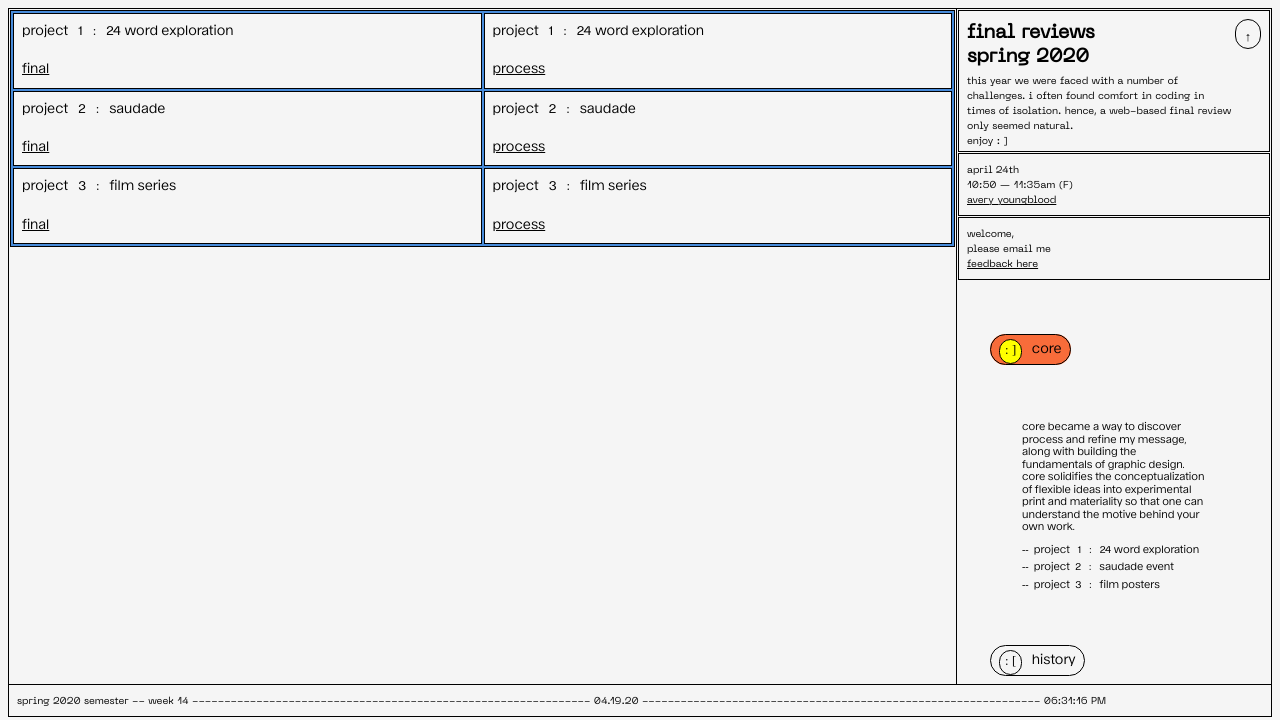
Repository: ayoungblood2/Spring-Semester-2020
Page: index v2/classes/history.html
The author's editor kept a copy of each file at every save. The page is drawn from the files as they stood at one save, then again after the next save.
The browser window is 1280 px wide. The pictures show the whole page.
Some web libraries are served in a nearby version.

Above is the page before, as saved 2020-04-19 21:05:49.

### index v2/classes/history.html
<html lang="en">

    <head>

        <meta charset="UTF-8">
        <meta name="viewport" content="width=device-width, initial-scale=1.0">
        <meta http-equiv="X-UA-Compatible" content="ie=edge">
        <link rel="stylesheet" href="/index v2/assets/css/main.css">

        <link rel="apple-touch-icon" sizes="180x180" href="/index v2/assets/icon/favicon_io/apple-touch-icon.png">
        <link rel="icon" type="image/png" sizes="32x32" href="/index v2/assets/icon/favicon_io/favicon-32x32.png">
        <link rel="icon" type="image/png" sizes="16x16" href="/index v2/assets/icon/favicon_io/favicon-16x16.png">

        <!-- <META HTTP-EQUIV="refresh" CONTENT="5; URL=http://127.0.0.1:5500/index%20v2/index2.html"> -->


        <title> : ] [ :</title>


    </head>

    <body class="none">


        <div id="coords" data-html2canvas-ignore="true" style="color: black; top: 747px; left: 58px;">click(48,737)
        </div>


        <main class="Main">

            <!-- <header class="PageHeader PageHeader--home">

                <section class="PageHeader-classInfo">
                    april 24th
                    <br>10:50 — 11:35am (F)
                    <br><a href="https://www.art.yale.edu/AveryYoungblood" target="_blank"
                        class="PageHeader--link">avery
                        youngblood</a>
                </section>
            </header>

            <header class="PageHeader PageHeader--home">
                <section class="PageHeader-classInfo">
                    welcome,
                    <br> please email me
                    <br><a href="avery.youngblood@yale.edu" class="PageHeader--link">feedback here</a>
                </section>
            </header> -->




            <header class="grid-container">
                <a href="/index v2/classes/core-prct1-1.html" class="PageHeader--link--2">
                    <section class="grid-item">
                        project&nbsp;&nbsp;&nbsp;1&nbsp;&nbsp;&nbsp;:&nbsp;&nbsp;&nbsp;24 word
                        exploration
                        <br>&nbsp;
                        <br><span style="text-decoration: underline;">final</span>
                    </section>
                </a>

                <a href="/index v2/classes/core-prct1-2.html" class="PageHeader--link--2">
                    <section class="grid-item">
                        project&nbsp;&nbsp;&nbsp;1&nbsp;&nbsp;&nbsp;:&nbsp;&nbsp;&nbsp;24 word
                        exploration
                        <br>&nbsp;
                        <br><span style="text-decoration: underline;">process</span>
                    </section>
                </a>

                <a href="/index v2/classes/core-prct2-1.html" class="PageHeader--link--2">
                    <section class="grid-item">
                        project&nbsp;&nbsp;&nbsp;2&nbsp;&nbsp;&nbsp;:&nbsp;&nbsp;&nbsp;saudade
                        <br>&nbsp;
                        <br><span style="text-decoration: underline;">final</span>
                    </section>
                </a>

                <a href="/index v2/classes/core-prct2-2.html" class="PageHeader--link--2">
                    <section class="grid-item">
                        project&nbsp;&nbsp;&nbsp;2&nbsp;&nbsp;&nbsp;:&nbsp;&nbsp;&nbsp;saudade
                        <br>&nbsp;
                        <br><span style="text-decoration: underline;">process</span>
                    </section>
                </a>

                <a href="/index v2/classes/core-prct3-1.html" class="PageHeader--link--2">
                    <section class="grid-item">
                        project&nbsp;&nbsp;&nbsp;3&nbsp;&nbsp;&nbsp;:&nbsp;&nbsp;&nbsp;film series
                        <br>&nbsp;
                        <br><span style="text-decoration: underline;">final</span>
                    </section>
                </a>

                <a href="/index v2/classes/core-prct3-2.html" class="PageHeader--link--2">
                    <section class="grid-item">
                        project&nbsp;&nbsp;&nbsp;3&nbsp;&nbsp;&nbsp;:&nbsp;&nbsp;&nbsp;film series
                        <br>&nbsp;
                        <br><span style="text-decoration: underline;">process</span>
                    </section>
                </a>

            </header>

        </main>





        <header class="Header">

            <a href="/index v2/index2.html" class="Header-link">
                <div class="wrapper">

                    <span class="Header-title">
                        <h2>
                            <span class="Header-span">final reviews</span>
                            <span class="Header-span">spring 2020</span></h2>
                        <br>
                        <div class="content">
                            <p> this year we were faced with a number of challenges.
                                i often found comfort in coding in times of isolation.
                                hence, a web-based final review only seemed natural. </p>
                            <p> enjoy : ] </p>

                    </span>
                    </span>

                </div>

                </div>
                <button onClick="window.location.href=window.location.href" class="Header-arrow">
                    ↑
                </button>

            </a>

            <header class="PageHeader PageHeader--home">

                <section class="PageHeader-classInfo">
                    april 24th
                    <br>10:50 — 11:35am (F)
                    <br><a href="https://www.art.yale.edu/AveryYoungblood" target="_blank" class="PageHeader--link">avery
                        youngblood</a>
                </section>
            </header>

            <header class="PageHeader PageHeader--home">
                <section class="PageHeader-classInfo">
                    welcome,
                    <br> please email me
                    <br><a href="mailto:avery.youngblood@yale.edu" class="PageHeader--link">feedback here</a>
                </section>
            </header>

            <nav class="Nav is-home">

                <ul class="Nav-list">

                    <li class="Nav-item ">
                        <span>
                            <a href="/index v2/index2.html" class="Nav-link-2" href="#" data-target="core">
                                core
                            </a>
                        </span>
                        <img src="/index v2/classes/core/project1/Avery_Slang_BW.png"
                            style="width:150%;transform:rotate(20deg);" class="page-header" />

                    </li>

                    <li class="more">
                        core became a way to discover process and refine my message, along with building the
                        fundamentals of graphic design.
                        core solidifies the conceptualization of flexible ideas into experimental print and
                        materiality so that one can understand the motive behind your own work.
                        <br><br><br>
                        <p>--&nbsp;&nbsp;project&nbsp;&nbsp;&nbsp;1&nbsp;&nbsp;&nbsp;:&nbsp;&nbsp;&nbsp;24 word
                            exploration</p>
                        <br>
                        <p>--&nbsp;&nbsp;project&nbsp;&nbsp;2&nbsp;&nbsp;&nbsp;:&nbsp;&nbsp;&nbsp;saudade event</p>
                        <br>
                        <p>--&nbsp;&nbsp;project&nbsp;&nbsp;3&nbsp;&nbsp;&nbsp;:&nbsp;&nbsp;&nbsp;film posters</p>
                    </li>





                    <li class="Nav-item ">
                        <span>
                            <a href="open projects on left-hand side and make smile icon big"
                                class="Nav-link view-more view-less" href="#" data-target="history">
                                history
                            </a>
                        </span>
                        <img src="/index v2/classes/history/other images/event_default_31_1.jpg"
                            style="width:60%;transform:rotate(-50deg);margin:50px;" />
                        <ul id="history" class="viewing-less">

                            <li class="more">
                                this semester history provided me with context for design. instead of conceptualizing
                                from
                                personal ideation,
                                my process became reversed in history of graphic design. i found myself working from
                                historical references first,
                                then contextualizing into my own design language.
                                <br><br><br>
                                <p>--&nbsp;&nbsp;project&nbsp;&nbsp;&nbsp;1&nbsp;&nbsp;&nbsp;:&nbsp;&nbsp;&nbsp;sf
                                    psychedelic rock posters</p>
                                <br>
                                <p>--&nbsp;&nbsp;project&nbsp;&nbsp;2&nbsp;&nbsp;&nbsp;:&nbsp;&nbsp;&nbsp;designer
                                    accordion
                                </p>
                                <br>
                                <p>--&nbsp;&nbsp;project&nbsp;&nbsp;3&nbsp;&nbsp;&nbsp;:&nbsp;&nbsp;&nbsp;reading</p>
                                <br>
                                <p>--&nbsp;&nbsp;project&nbsp;&nbsp;4&nbsp;&nbsp;&nbsp;:&nbsp;&nbsp;&nbsp;research &
                                    resources</p>
                            </li>
                        </ul>
                    </li>


                    <li class="Nav-item ">
                        <span>
                            <a href="open projects on left-hand side and make smile icon big"
                                class="Nav-link view-more view-less" href="#" data-target="interact">
                                interactive
                            </a>
                        </span>
                        <img src="/index v2/classes/interactive/web-as-site.png"
                            style="width:70%;transform:rotate(2deg);margin-top:300px;margin-left:300px;" />
                        <ul id="interact" class="viewing-less">

                            <li class="more">
                                we covered a lot in interactive this semester.
                                i've been actively learning HTML, CSS, and JavaScript, and experimenting ways to
                                introduce
                                these methods into my everyday studio practice.
                                the readings we had about the internet and the relationship to
                                embodied experience were eye-opening discussions.
                                everything of what i thought web-design "should-be" vanished. all expectations and
                                rules,
                                gone.
                                i learned there is a space for art in the web-space.
                                i appreciate the freedom of expression and encouragement of creativity from
                                conceptually-driven prompts in this class.
                                i want to incorporate this new perspective of organizing and translating design/process
                                into
                                an interactive space.
                                <br><br><br>
                                <p>--&nbsp;&nbsp;project&nbsp;&nbsp;&nbsp;1&nbsp;&nbsp;&nbsp;:&nbsp;&nbsp;&nbsp;list</p>
                                <br>
                                <p>--&nbsp;&nbsp;project&nbsp;&nbsp;2&nbsp;&nbsp;&nbsp;:&nbsp;&nbsp;&nbsp;clock</p>
                                <br>
                                <p>--&nbsp;&nbsp;project&nbsp;&nbsp;3&nbsp;&nbsp;&nbsp;:&nbsp;&nbsp;&nbsp;reading &
                                    resources</p>
                            </li>
                        </ul>
                    </li>


                    <li class="Nav-item ">
                        <span>
                            <a href="open projects on left-hand side and make smile icon big"
                                class="Nav-link view-more view-less" href="#" data-target="print">
                                printmaking
                            </a>
                        </span>
                        <img src="/index v2/classes/printmaking/reference pics/Screen Shot 2020-04-16 at 5.17.14 AM.png"
                            style="width:50%;transform:rotate(20deg);margin-top:200px;margin-left:10px;" />
                        <ul id="print" class="viewing-less">

                            <li class="more">
                                printmaking considers ways in which multiplicity, circulation, and archives have
                                functioned
                                within contemporary print based artworks.
                                We had visits to on-campus collections, collaborative studio work, and in class
                                discussions
                                of pertinent texts aim to place the
                                making of printed media within an expansive field of art practices.
                                Although, the second part of the semester was to focus on
                                how these concepts, materials, and forms connect to our own individual studio practices
                                through projects and printshop demonstrations focusing on the stencil and the book (we
                                still
                                had discussions of what we'd like to pursue in the future).
                                <br><br><br>
                                <p>--&nbsp;&nbsp;project&nbsp;&nbsp;&nbsp;1&nbsp;&nbsp;&nbsp;:&nbsp;&nbsp;&nbsp;reading
                                </p>
                                <br>
                                <p>--&nbsp;&nbsp;project&nbsp;&nbsp;2&nbsp;&nbsp;&nbsp;:&nbsp;&nbsp;&nbsp;research &
                                    resources</p>
                                <br>
                                <p>--&nbsp;&nbsp;project&nbsp;&nbsp;3&nbsp;&nbsp;&nbsp;:&nbsp;&nbsp;&nbsp;chapel street
                                    pole
                                </p>
                                <br>
                                <p>--&nbsp;&nbsp;project&nbsp;&nbsp;4&nbsp;&nbsp;&nbsp;:&nbsp;&nbsp;&nbsp;commissioned
                                    publication</p>
                            </li>
                        </ul>
                    </li>


                    <li class="Nav-item ">
                        <span>
                            <a href="open projects on left-hand side and make smile icon big"
                                class="Nav-link view-more view-less" href="#" data-target="ind">
                                independent
                            </a>
                        </span>
                        <img src="/index v2/classes/independent/we-need-to-talk/Screen Shot 2020-04-18 at 4.32.22 AM.png"
                            style="width:80%;transform:rotate(-63deg);margin:20px;" />
                        <ul id="ind" class="viewing-less">

                            <li class="more">
                                collaboration on all fronts. alvin (prelim GD) and amina (1st yr sculpture) became my
                                close
                                allies this semester.
                                our personal interests led the way in cultivating close-relationships,
                                along with intriguing long-term projects that i'm excited to continue and develop over
                                the
                                years.
                                <br>
                                the second half of the semester my attention and time became devoted to the covid-19
                                cause -
                                writing
                                and meeting and organizing 24/7 to work towards active nationwide solutions for the
                                future
                                of education.
                                <br><br><br>
                                <p>--&nbsp;&nbsp;project&nbsp;&nbsp;&nbsp;1&nbsp;&nbsp;&nbsp;:&nbsp;&nbsp;&nbsp;we-need-to-talk
                                </p>
                                <br>
                                <p>--&nbsp;&nbsp;project&nbsp;&nbsp;2&nbsp;&nbsp;&nbsp;:&nbsp;&nbsp;&nbsp;sonic rupture
                                </p>
                                <br>
                                <p>--&nbsp;&nbsp;project&nbsp;&nbsp;3&nbsp;&nbsp;&nbsp;:&nbsp;&nbsp;&nbsp;log & letters
                                </p>
                            </li>
                        </ul>
                    </li>
            </nav>

        </header>

        <span class="TimeStamp">spring semester week 01 04.15.20 05:07:06 PM</span>

        <script src="//ajax.googleapis.com/ajax/libs/jquery/1.7.1/jquery.min.js" type="text/javascript"></script>
        <script src="https://cdnjs.cloudflare.com/ajax/libs/moment.js/2.20.1/moment.min.js"></script>
        <script src="/index v2/assets/js/main.js"></script>
        <script src="/index v2/assets/js/scripts.js"></script>
        <script src="/index v2/assets/js/html2canvas.js"></script>




    </body>


</html>

<!-- yale school of art --
graphic design --
preliminary year --
final reviews --
spring 2020 -->

Loaded but not shown: index v2/assets/js/html2canvas.js (library); index v2/assets/js/scripts.js (193 lines, source omitted); index v2/assets/js/main.js (113 lines, source omitted); index v2/assets/css/main.css (1061 lines, source omitted)

After the next save:
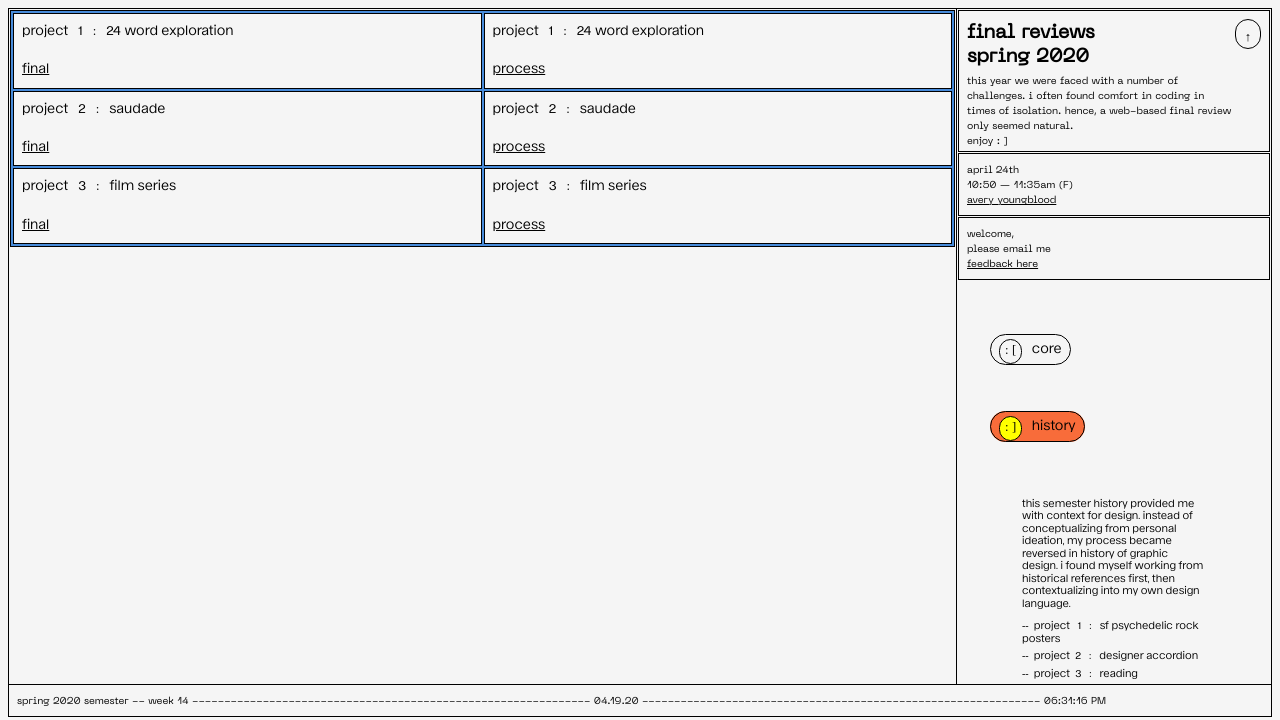
Saved 4 min 44 s later.
--- a/index v2/classes/history.html
+++ b/index v2/classes/history.html
@@ -151,7 +151,7 @@
                 <section class="PageHeader-classInfo">
                     welcome,
                     <br> please email me
-                    <br><a href="mailto:avery.youngblood@yale.edu" class="PageHeader--link">feedback here</a>
+                    <br><a href="mailto:avery.youngblood@yale.edu" target="_blank" class="PageHeader--link">feedback here</a>
                 </section>
             </header>
 
@@ -161,43 +161,44 @@
 
                     <li class="Nav-item ">
                         <span>
-                            <a href="/index v2/index2.html" class="Nav-link-2" href="#" data-target="core">
+                            <a href="/index v2/classes/core.html"
+                                class="Nav-link view-more view-less" href="#" data-target="core">
                                 core
                             </a>
-                        </span>
+                      </span>
                         <img src="/index v2/classes/core/project1/Avery_Slang_BW.png"
                             style="width:150%;transform:rotate(20deg);" class="page-header" />
 
+                        <ul id="core" class="viewing-less">
+
+                            <li class="more">
+                                core became a way to discover process and refine my message, along with building the
+                                fundamentals of graphic design.
+                                core solidifies the conceptualization of flexible ideas into experimental print and
+                                materiality so that one can understand the motive behind work.
+                                <br><br><br>
+                                <p>--&nbsp;&nbsp;project&nbsp;&nbsp;&nbsp;1&nbsp;&nbsp;&nbsp;:&nbsp;&nbsp;&nbsp;24 word
+                                    exploration</p>
+                                <br>
+                                <p>--&nbsp;&nbsp;project&nbsp;&nbsp;2&nbsp;&nbsp;&nbsp;:&nbsp;&nbsp;&nbsp;saudade event</p>
+                                <br>
+                                <p>--&nbsp;&nbsp;project&nbsp;&nbsp;3&nbsp;&nbsp;&nbsp;:&nbsp;&nbsp;&nbsp;film posters</p>
+                            </li>
+                        </ul>
+
                     </li>
 
-                    <li class="more">
-                        core became a way to discover process and refine my message, along with building the
-                        fundamentals of graphic design.
-                        core solidifies the conceptualization of flexible ideas into experimental print and
-                        materiality so that one can understand the motive behind your own work.
-                        <br><br><br>
-                        <p>--&nbsp;&nbsp;project&nbsp;&nbsp;&nbsp;1&nbsp;&nbsp;&nbsp;:&nbsp;&nbsp;&nbsp;24 word
-                            exploration</p>
-                        <br>
-                        <p>--&nbsp;&nbsp;project&nbsp;&nbsp;2&nbsp;&nbsp;&nbsp;:&nbsp;&nbsp;&nbsp;saudade event</p>
-                        <br>
-                        <p>--&nbsp;&nbsp;project&nbsp;&nbsp;3&nbsp;&nbsp;&nbsp;:&nbsp;&nbsp;&nbsp;film posters</p>
-                    </li>
-
-
-
-
-
-                    <li class="Nav-item ">
-                        <span>
-                            <a href="open projects on left-hand side and make smile icon big"
-                                class="Nav-link view-more view-less" href="#" data-target="history">
+
+                    <li class="Nav-item ">
+                        <span>
+                            <a href="/index v2/index2.html" class="Nav-link-2" href="#" data-target="history">
                                 history
                             </a>
+                            </a>
                         </span>
-                        <img src="/index v2/classes/history/other images/event_default_31_1.jpg"
-                            style="width:60%;transform:rotate(-50deg);margin:50px;" />
-                        <ul id="history" class="viewing-less">
+
+                    <img src="/index v2/classes/history/other images/event_default_31_1.jpg"
+                        style="width:150%;transform:rotate(20deg);" class="page-header" />
 
                             <li class="more">
                                 this semester history provided me with context for design. instead of conceptualizing
@@ -219,8 +220,6 @@
                                 <p>--&nbsp;&nbsp;project&nbsp;&nbsp;4&nbsp;&nbsp;&nbsp;:&nbsp;&nbsp;&nbsp;research &
                                     resources</p>
                             </li>
-                        </ul>
-                    </li>
 
 
                     <li class="Nav-item ">
